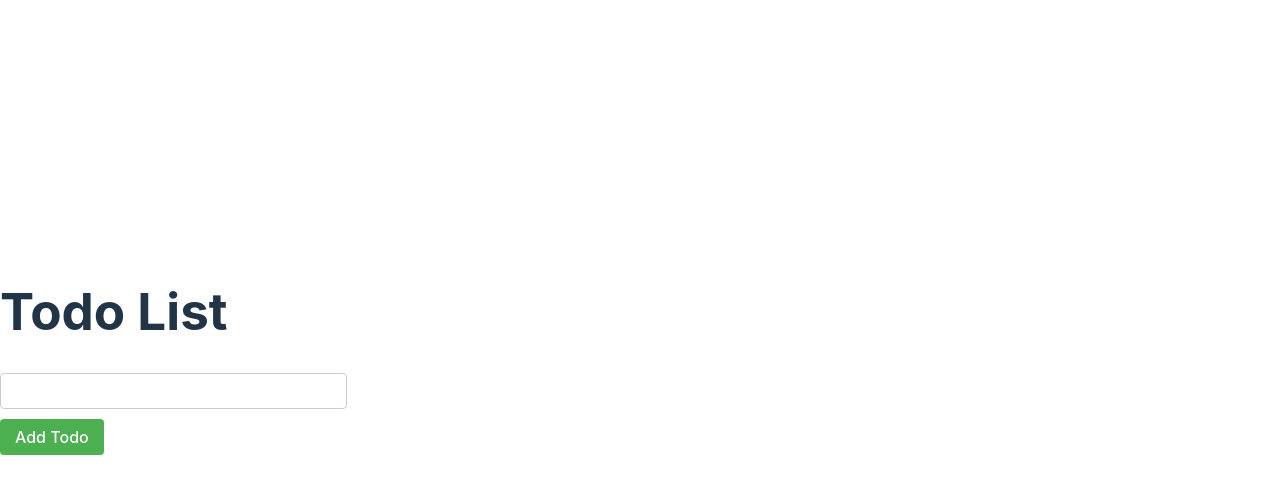
Repository: sinchana-p-iVoyant/mobx-todo
Page: /
These files come from the project's save history. The page is drawn as it stood at one moment and after the next save; the edit follows.
The browser window is 1280 px wide. The pictures show the whole page.
The project was rebuilt for these pictures with package versions that can differ from the ones it lists, and the page was loaded fresh each time. Also part of the build but not shown: vite.config.js.

Above is the page before, as saved 2024-03-07 02:18:08.

### src/App.jsx
// App.js
// import './App.css';
import TodoList from './TodoList';

function App() {
  return (
    <div>
      <h1>Todo List</h1>
      <TodoList />
    </div>
  );
}

export default App;

### src/TodoList.jsx
import { useState } from 'react';
import { observer } from 'mobx-react-lite';
import todoStore from './TodoStore';
import './TodoList.css';

const TodoList = () => {
  const [newTodoText, setNewTodoText] = useState('');
  const [editingTodoId, setEditingTodoId] = useState(null);
  const [editedTodoText, setEditedTodoText] = useState('');

  const handleAddTodo = () => {
    if (newTodoText.trim() !== '') {
      todoStore.addTodo({
        id: Math.random(),
        text: newTodoText,
      });
      setNewTodoText('');
    }
  };

  const handleStartEditTodo = (id, text) => {
    setEditingTodoId(id);
    setEditedTodoText(text);
  };

  const handleCancelEditTodo = () => {
    setEditingTodoId(null);
    setEditedTodoText('');
  };

  const handleSaveEditedTodo = (id) => {
    todoStore.editTodo(id, editedTodoText);
    setEditingTodoId(null);
    setEditedTodoText('');
  };

  const handleDeleteTodo = (id) => {
    todoStore.deleteTodo(id);
  };

  return (
    <div className="todo-list-container">
      <input
        className="todo-input"
        type="text"
        value={newTodoText}
        onChange={(e) => setNewTodoText(e.target.value)}
      />
      <button className="todo-button" onClick={handleAddTodo}>Add Todo</button>
      <ul className="todo-list">
        {todoStore.todos.map((todo) => (
          <li key={todo.id} className="todo-item">
            {editingTodoId === todo.id ? (
              <>
                <input
                  className="todo-input"
                  type="text"
                  value={editedTodoText}
                  onChange={(e) => setEditedTodoText(e.target.value)}
                />
                <button className="todo-button edit-button" onClick={() => handleSaveEditedTodo(todo.id)}>Save</button>
                <button className="todo-button cancel-button" onClick={handleCancelEditTodo}>Cancel</button>
              </>
            ) : (
              <>
                <span>{todo.text}</span>
                <button className="todo-button edit-button" onClick={() => handleStartEditTodo(todo.id, todo.text)}>Edit</button>
              </>
            )}
            <button className="todo-button delete-button" onClick={() => handleDeleteTodo(todo.id)}>Delete</button>
          </li>
        ))}
      </ul>
    </div>
  );
};

export default observer(TodoList);

### src/TodoStore.js
// TodoStore.js
import { makeObservable, observable, action } from 'mobx';

class TodoStore {
  todos = [];

  constructor() {
    makeObservable(this, {
      todos: observable,
      addTodo: action,
      editTodo: action,
      deleteTodo: action,
    });
  }

  addTodo = (todo) => {
    this.todos.push(todo);
  };

  editTodo = (id, newText) => {
    const todoToEdit = this.todos.find(todo => todo.id === id);
    if (todoToEdit) {
      todoToEdit.text = newText;
    }
  };

  deleteTodo = (id) => {
    this.todos = this.todos.filter(todo => todo.id !== id);
  };
}

const todoStore = new TodoStore();
export default todoStore;

### src/TodoList.css
/* TodoList.css */

.todo-list-container {
    max-width: 400px;
    margin: 0 auto;
  }

  .todo-input {
    width: 100%;
    margin-bottom: 10px;
    padding: 8px;
    font-size: 16px;
    border: 1px solid #ccc;
    border-radius: 4px;
  }

  .todo-button {
    padding: 8px 15px;
    font-size: 16px;
    border: none;
    border-radius: 4px;
    background-color: #4caf50;
    color: white;
    cursor: pointer;
  }

  .todo-list {
    list-style-type: none;
    padding: 0;
  }

  .todo-item {
    margin-bottom: 10px;
  }

  .todo-item input[type="text"] {
    width: 80%;
    padding: 8px;
    font-size: 16px;
    border: 1px solid #ccc;
    border-radius: 4px;
  }

  .todo-item button {
    margin-left: 5px;
    padding: 8px 15px;
    font-size: 16px;
    border: none;
    border-radius: 4px;
    cursor: pointer;
  }

  .edit-button {
    background-color: #2196F3;
  }

  .edit-button:hover {
    background-color: #0b7dda;
  }

  .delete-button {
    background-color: #f44336;
  }

  .delete-button:hover {
    background-color: #da190b;
  }

Loaded but not shown: index.html (common file); src/main.jsx (common file); src/index.css (common file); src/App.css (common file)

After the next save:
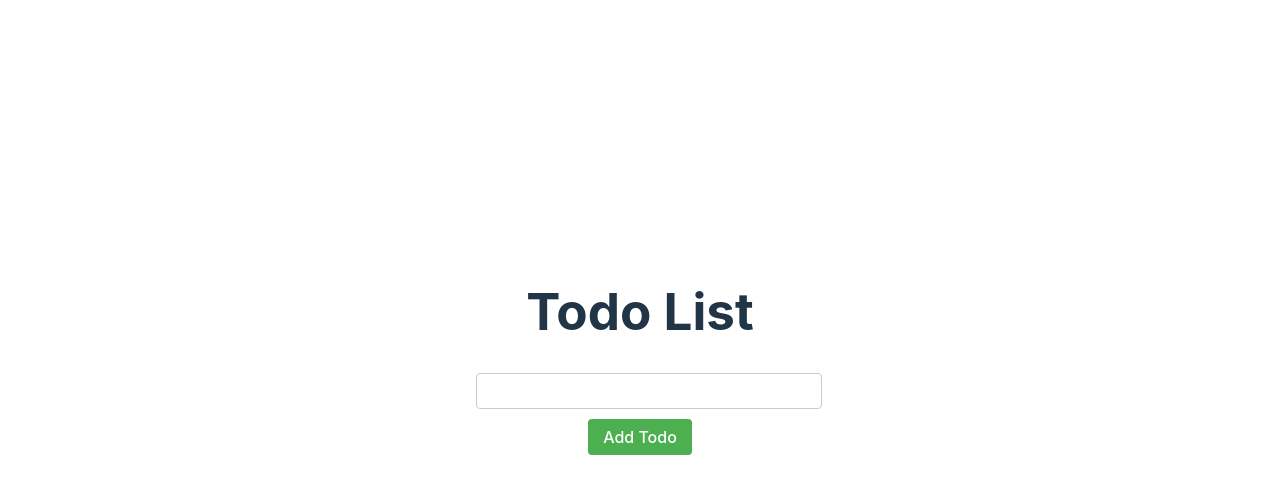
Saved 35 s later.
--- a/src/App.jsx
+++ b/src/App.jsx
@@ -1,5 +1,5 @@
 // App.js
-// import './App.css';
+import './App.css';
 import TodoList from './TodoList';
 
 function App() {
